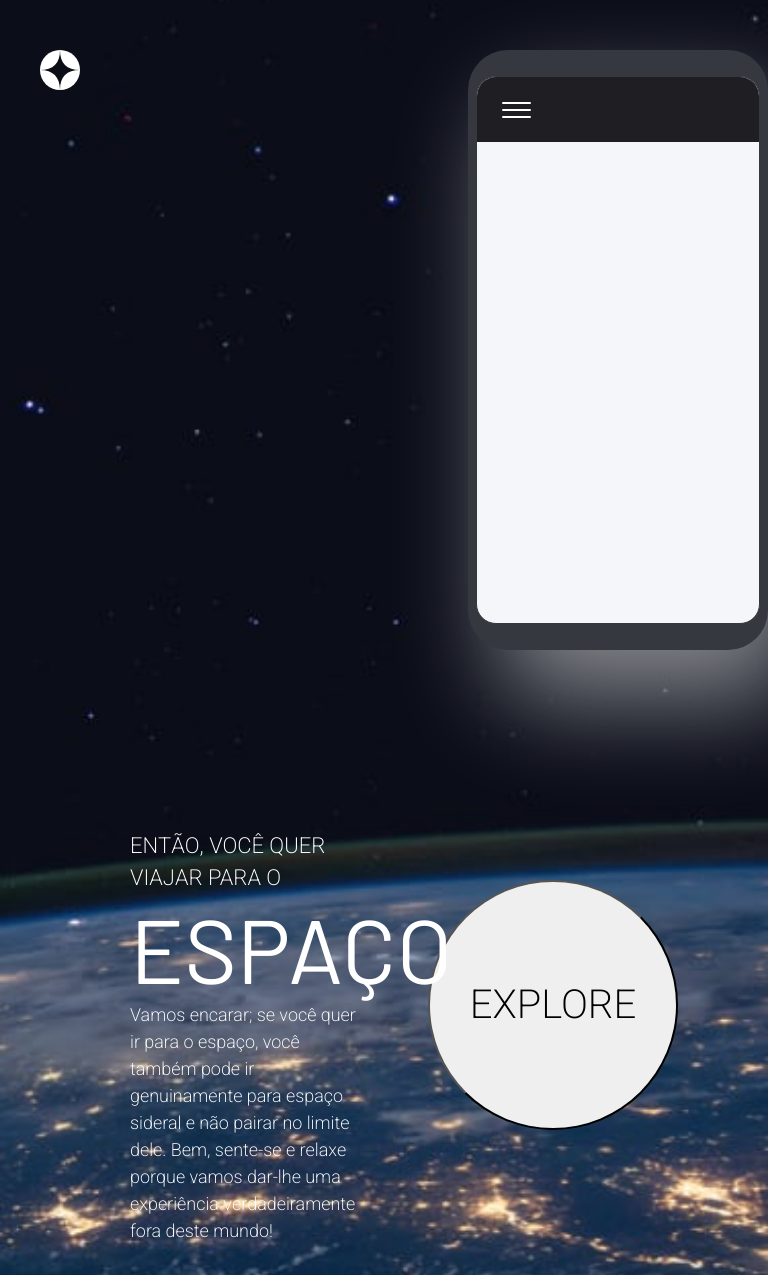
Repository: Leonngc/space-site
Page: space-tourism-website-main/space-tourism-website-main/starter-code/index.html
An editor plug-in stored every save of this project. The page is shown before and after the next save, followed by the edit.
The browser window is 768 px wide. The pictures show the whole page.
Some web libraries are served in a nearby version.

Above is the page before, as saved 2023-04-29 16:48:05.

### space-tourism-website-main/space-tourism-website-main/starter-code/index.html
<!DOCTYPE html>
<html lang="pt-br">
<head>
  <meta charset="UTF-8">
  <meta name="viewport" content="width=device-width, initial-scale=1.0">
  <link rel="icon" type="image/png" sizes="32x32" href="./assets/favicon-32x32.png">
  <link rel="stylesheet" href="styles/menu.css">
  <link rel="stylesheet" href="styles/home.css">
  <!-- CDN FLATICON-->
  <link rel='stylesheet' href='https://cdn-uicons.flaticon.com/uicons-bold-rounded/css/uicons-bold-rounded.css'>
  <script src="script/menu.js" defer></script>
  <title>Frontend Mentor | Space tourism website</title>
</head>
<body>

  <header>
    <img src="assets/shared/logo.svg" alt="" class="logo">
    <div class="line"></div>

    <ul class="menu">
    <li class="item-menu active"><a href="#">00 Home</a></li>
    <li class="item-menu"><a href="#">01 Destination</a></li>
    <li class="item-menu"><a href="#">02 Crew</a></li>
    <li class="item-menu"><a href="#">03 Technology</a></li>
    </ul>




    <div class="container">
      <div class="phone">
        <div class="content">

          <nav role="navigation">
            <div id="menuToggle">
              <input type="checkbox" />
                <span></span>
                <span></span>
                <span></span>
            <ul id="menu">
              <li><a href="#">Home</a></li>
              <li><a href="#">About</a></li>
              <li><a href="#">Info</a></li>
              <li><a href="#">Contact</a></li>
            </ul>
           </div>
          </nav>
        </div>
       </div>
    </div>
  </header>

<div class="container-button">
    <button>Explore</button>
  </div>
<div class="text-box">
    <span>Então, você quer viajar para o</span>
    <h1>Espaço</h1>
    <p>
      Vamos encarar; se você quer ir para o espaço, você também pode ir genuinamente para
      espaço sideral e não pairar no limite dele. Bem, sente-se e relaxe
      porque vamos dar-lhe uma experiência verdadeiramente fora deste mundo!
    </p>
</div>



</body>
</html>

### space-tourism-website-main/space-tourism-website-main/starter-code/styles/menu.css
@import url('https://fonts.googleapis.com/css2?family=Heebo:wght@200&display=swap');

*{
    padding: 0;
    margin: 0;
}

header{
    display: flex;
    justify-content: space-between;
}

.menu{
    margin-top: 20px;
    display: flex;
    width: 90vw ;
    height: 12vh;
    position: relative;
    justify-content: space-between;
    list-style: none;
    background: rgba(255, 255, 255, 0.21);
    background: rgba(255, 255, 255, 0.08);
    box-shadow: 0 4px 30px rgba(0, 0, 0, 0.1);
    backdrop-filter: blur(5px);
    -webkit-backdrop-filter: blur(5px);
}

.item-menu{
    margin: auto;

}

.item-menu a{
    text-decoration: none;
    font-family: 'Heebo', sans-serif;
    color: white;
}

.active{
  border-bottom: 3px solid white;
}

.line{
    background-color:  rgba(255, 255, 255, 0.21);

    height: 2px;
    width: 1110px;
    margin-top: 68px;
    margin-left: 30px;
}

.logo{
    margin-top: 30px;
    margin-left: 20px;
    width: 40px;
    height: 40px;
    padding: 20px;
}

@media screen and (max-width: 900px){
    .menu{
        display: none;
    }

    .line{
        display: none;
    }

    body{
        background-image: url(../assets/home/background-home-mobile.jpg) !important;
    }

    .container {
        margin-top: 50px;
        Display: flex;
        justify-content: center;
        align-items: center;
      }
      .phone {
        background-color: #36383F;
        border-radius: 40px;
        width: 300px;
        height: 600px;
        Display: flex;
        justify-content: center;
        align-items: center;
        box-shadow: 30px 50px 100px #85888C;
      }
      .content {
        border: 1px solid #36383F;
        border-radius: 20px;
        width: 94%;
        height: 91%;
        background-color: #F5F6FA;
        overflow: hidden;
      }
      nav {
        background-color: #1E1E23;
        height: 65px;
      }


      #menuToggle {
        display: flex;
        flex-direction: column;
        position: relative;
        top: 25px;
        left: 25px;
        z-index: 1;
        -webkit-user-select: none;
        user-select: none;
      }

      #menuToggle input
      {
        display: flex;
        width: 40px;
        height: 32px;
        position: absolute;
        cursor: pointer;
        opacity: 0;
        z-index: 2;
      }

      #menuToggle span
      {
        display: flex;
        width: 29px;
        height: 2px;
        margin-bottom: 5px;
        position: relative;
        background: #ffffff;
        border-radius: 3px;
        z-index: 1;
        transform-origin: 5px 0px;
        transition: transform 0.5s cubic-bezier(0.77,0.2,0.05,1.0),
                    background 0.5s cubic-bezier(0.77,0.2,0.05,1.0),
                    opacity 0.55s ease;
      }

      #menuToggle span:first-child
      {
        transform-origin: 0% 0%;
      }

      #menuToggle span:nth-last-child(2)
      {
        transform-origin: 0% 100%;
      }

      #menuToggle input:checked ~ span
      {
        opacity: 1;
        transform: rotate(45deg) translate(-3px, -1px);
        background: #36383F;
      }
      #menuToggle input:checked ~ span:nth-last-child(3)
      {
        opacity: 0;
        transform: rotate(0deg) scale(0.2, 0.2);
      }

      #menuToggle input:checked ~ span:nth-last-child(2)
      {
        transform: rotate(-45deg) translate(0, -1px);
      }

      #menu
      {
        position: absolute;
        width: 180px;
        height: 400px;
        box-shadow: 0 0 10px #85888C;
        margin: -50px 0 0 -50px;
        padding: 50px;
        padding-top: 125px;
        background-color: #F5F6FA;
        -webkit-font-smoothing: antialiased;
        transform-origin: 0% 0%;
        transform: translate(-100%, 0);
        transition: transform 0.5s cubic-bezier(0.77,0.2,0.05,1.0);
      }

      #menu li
      {
        padding: 10px 0;
        transition-delay: 2s;
      }

      #menuToggle input:checked ~ ul
      {
        transform: none;
      }
}

### space-tourism-website-main/space-tourism-website-main/starter-code/styles/home.css
@import url('https://fonts.googleapis.com/css2?family=Barlow&display=swap');
@import url('https://fonts.googleapis.com/css2?family=Heebo:wght@200&display=swap');
/*  font-family: 'Barlow', sans-serif;
    font-family: 'Heebo', sans-serif;
*/

:root{
    --title-font: 'Barlow';
    --paragraph-font: 'Heebo';
}

body{
    background-image: url(../assets/home/background-home-desktop.jpg);
    background-size: cover;
    background-position: center center;
}


.text-box{
    margin-top: 150px;
    padding: 30px;
    margin-left: 100px;
    width: 30vw;
    color: white;
}

span{
    font-family: var(--paragraph-font);
    font-size: 22px;
    text-transform: uppercase;
}

h1{
    font-family: var(--title-font);
    font-size: 90px;
    font-weight: 200;
    text-transform: uppercase;
}

p{
    font-family: var(--paragraph-font), sans-serif;
    font-size: 18px;
}

.container-button{
    float: right;
    margin-top: 230px;
    margin-right: 90px;
    margin-bottom: 30px;
}

.container-button button{
    width: 250px;
    height: 250px;
    border-radius: 50%;
    font-size: 40px;
    font-family: var(--paragraph-font);
    font-weight: 200;
    text-transform: uppercase;
}

Loaded but not shown: space-tourism-website-main/space-tourism-website-main/starter-code/script/menu.js (no stored copy; drawn as an empty file)

After the next save:
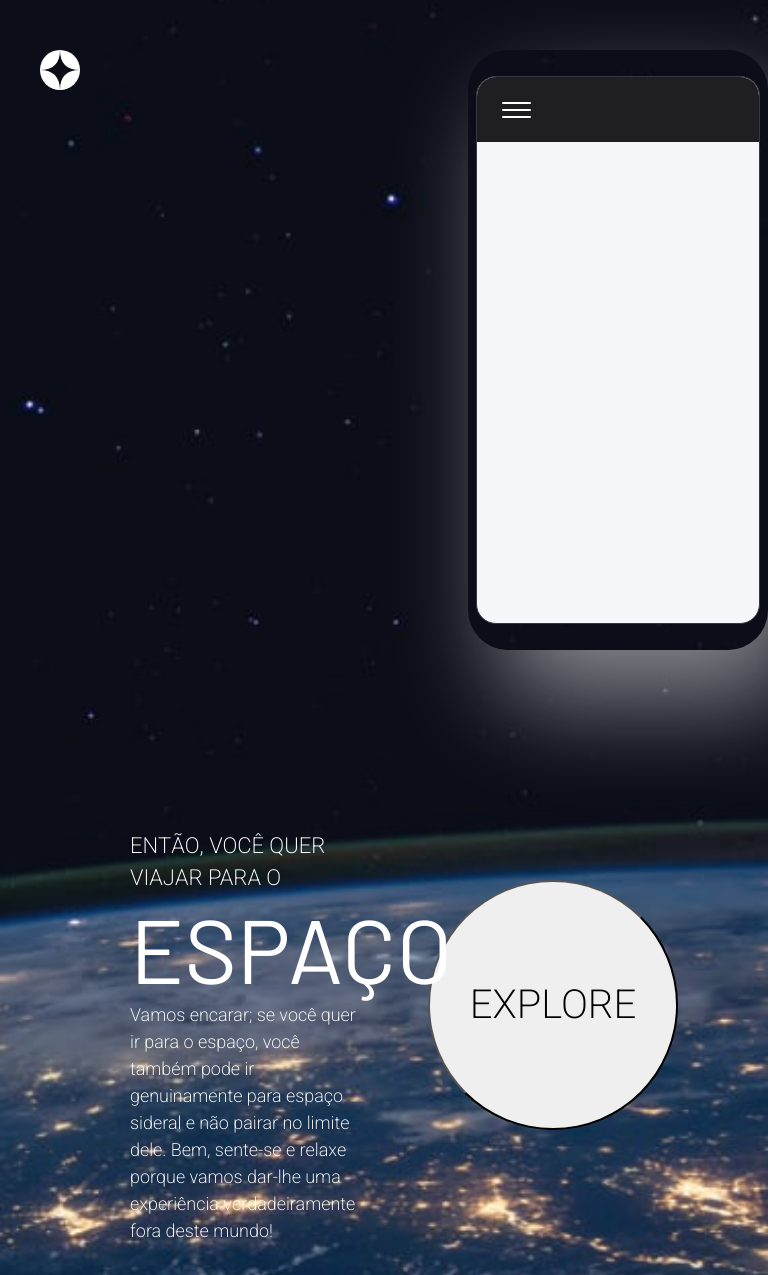
Saved 7 s later.
--- a/space-tourism-website-main/space-tourism-website-main/starter-code/styles/menu.css
+++ b/space-tourism-website-main/space-tourism-website-main/starter-code/styles/menu.css
@@ -77,7 +77,6 @@ header{
         align-items: center;
       }
       .phone {
-        background-color: #36383F;
         border-radius: 40px;
         width: 300px;
         height: 600px;
